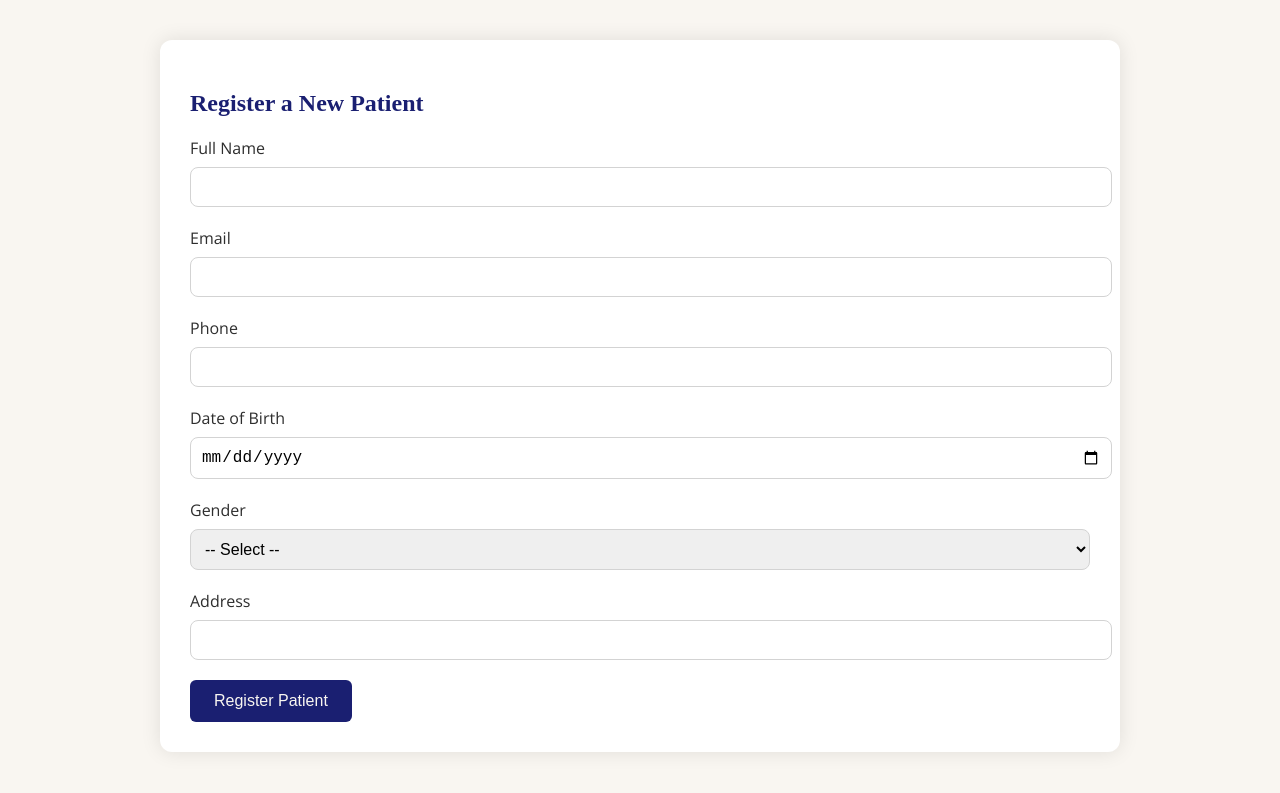
Repository: shreeshskatti/hospital_management_system
Page: http://localhost/patients/add_patient.php
An editor plug-in stored every save of this project. The page is shown before and after the next save, followed by the edit.
The browser window is 1280 px wide. The pictures show the whole page.
Some web fonts or font styles are not loaded; a fallback is used. The page is run by PHP 8.4 with error messages shown; the project is at /var/www/html/.

Above is the page before, as saved 2025-05-29 20:49:48.

### patients/add_patient.php
<?php include '../includes/db.php'; ?>
<!DOCTYPE html>
<html>
<head>
  <title>Add New Patient</title>
  <link rel="stylesheet" href="../css/style.css">
</head>
<body>
  <div class="container">
    <h2>Register a New Patient</h2>
    <form action="" method="POST">
      <label>Full Name</label>
      <input type="text" name="name" required>

      <label>Email</label>
      <input type="email" name="email" required>

      <label>Phone</label>
      <input type="text" name="phone" required>

      <label>Date of Birth</label>
      <input type="date" name="dob" required>

      <label>Gender</label>
      <select name="gender" required>
        <option value="">-- Select --</option>
        <option value="Male">Male</option>
        <option value="Female">Female</option>
        <option value="Other">Other</option>
      </select>

      <label>Address</label>
      <input type="text" name="address" required>

      <button type="submit" name="submit">Register Patient</button>
    </form>
  </div>

<?php
if (isset($_POST['submit'])) {
  $name = $_POST['name'];
  $email = $_POST['email'];
  $phone = $_POST['phone'];
  $dob = $_POST['dob'];
  $gender = $_POST['gender'];
  $address = $_POST['address'];

  $sql = "INSERT INTO patients (name, email, phone, dob, gender, address)
          VALUES ('$name', '$email', '$phone', '$dob', '$gender', '$address')";

  if ($conn->query($sql)) {
    echo "<script>alert('Patient registered successfully.'); window.location.href='view_patients.php';</script>";
    exit();
  } else {
    echo "Error: " . $conn->error;
  }
}
?>
</body>
</html>

### includes/db.php
<?php
$host = 'localhost';
$user = 'root';
$pass = '';
$dbname = 'hospital_db';  // must match your DB name

$conn = new mysqli($host, $user, $pass, $dbname);

if ($conn->connect_error) {
    die("Connection failed: " . $conn->connect_error);
}
?>

### css/style.css
@import url('https://fonts.googleapis.com/css2?family=Merriweather&family=Open+Sans&display=swap');

body {
  background-color: #F9F6F1;
  font-family: 'Open Sans', sans-serif;
  color: #2E2E2E;
  margin: 0;
  padding: 0;
}

h1, h2, h3 {
  font-family: 'Merriweather', serif;
  color: #1A1F71;
}

.container {
  max-width: 900px;
  margin: 40px auto;
  padding: 30px;
  background-color: white;
  box-shadow: 0 0 20px rgba(0,0,0,0.1);
  border-radius: 12px;
}

button {
  background-color: #1A1F71;
  color: #F9F6F1;
  border: none;
  padding: 12px 24px;
  font-size: 16px;
  border-radius: 6px;
  cursor: pointer;
}

button:hover {
  background-color: #C9B037;
  color: #1A1F71;
}

input, select {
  width: 100%;
  padding: 10px;
  margin-top: 8px;
  margin-bottom: 20px;
  border: 1.5px solid #D3D3D3;
  border-radius: 8px;
  font-size: 16px;
}

input:focus, select:focus {
  border-color: #C9B037;
  outline: none;
  box-shadow: 0 0 6px #C9B037;
}

table {
  width: 100%;
  border-collapse: collapse;
  margin-top: 20px;
}

th, td {
  padding: 12px;
  border: 1px solid #D3D3D3;
  text-align: left;
}

thead {
  background-color: #C9B037;
  color: white;
}

tbody tr:nth-child(even) {
  background-color: #F9F6F1;
}

After the next save:
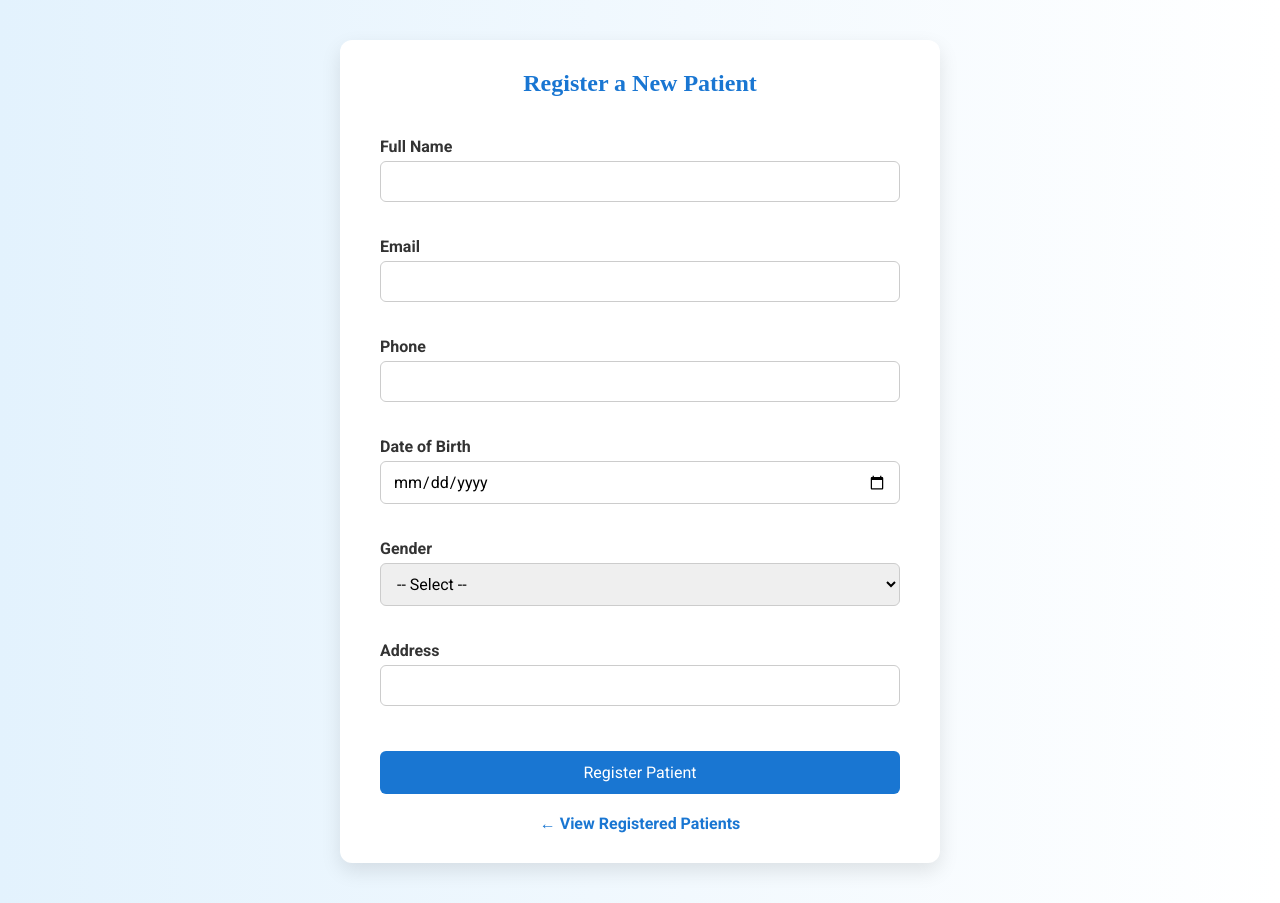
Saved 4 min 3 s later.
--- a/patients/add_patient.php
+++ b/patients/add_patient.php
@@ -1,11 +1,89 @@
 <?php include '../includes/db.php'; ?>
 <!DOCTYPE html>
-<html>
+<html lang="en">
 <head>
+  <meta charset="UTF-8">
   <title>Add New Patient</title>
   <link rel="stylesheet" href="../css/style.css">
+  <link href="https://fonts.googleapis.com/css2?family=Roboto:wght@400;700&display=swap" rel="stylesheet">
+  <style>
+    * {
+      margin: 0; padding: 0;
+      box-sizing: border-box;
+      font-family: 'Roboto', sans-serif;
+    }
+    body {
+      background: linear-gradient(to right, #e3f2fd, #ffffff);
+      display: flex;
+      justify-content: center;
+      align-items: center;
+      min-height: 100vh;
+    }
+    .container {
+      background-color: #ffffff;
+      padding: 30px 40px;
+      border-radius: 12px;
+      box-shadow: 0 8px 20px rgba(0,0,0,0.1);
+      max-width: 600px;
+      width: 100%;
+    }
+    h2 {
+      text-align: center;
+      margin-bottom: 25px;
+      color: #1976D2;
+    }
+    form {
+      display: flex;
+      flex-direction: column;
+    }
+    label {
+      margin-top: 15px;
+      font-weight: bold;
+      color: #333;
+    }
+    input, select {
+      padding: 10px 12px;
+      margin-top: 5px;
+      border: 1px solid #ccc;
+      border-radius: 6px;
+      font-size: 16px;
+      transition: 0.3s;
+    }
+    input:focus, select:focus {
+      outline: none;
+      border-color: #1976D2;
+      box-shadow: 0 0 5px rgba(25, 118, 210, 0.3);
+    }
+    button {
+      margin-top: 25px;
+      padding: 12px;
+      background-color: #1976D2;
+      color: white;
+      border: none;
+      border-radius: 6px;
+      font-size: 16px;
+      cursor: pointer;
+      transition: 0.3s;
+    }
+    button:hover {
+      background-color: #0d47a1;
+    }
+    .back-link {
+      margin-top: 20px;
+      text-align: center;
+    }
+    .back-link a {
+      color: #1976D2;
+      text-decoration: none;
+      font-weight: bold;
+    }
+    .back-link a:hover {
+      text-decoration: underline;
+    }
+  </style>
 </head>
 <body>
+
   <div class="container">
     <h2>Register a New Patient</h2>
     <form action="" method="POST">
@@ -34,6 +112,10 @@
 
       <button type="submit" name="submit">Register Patient</button>
     </form>
+
+    <div class="back-link">
+      <p><a href="view_patients.php">← View Registered Patients</a></p>
+    </div>
   </div>
 
 <?php
@@ -52,9 +134,10 @@ if (isset($_POST['submit'])) {
     echo "<script>alert('Patient registered successfully.'); window.location.href='view_patients.php';</script>";
     exit();
   } else {
-    echo "Error: " . $conn->error;
+    echo "<p style='color: red; text-align:center;'>Error: " . $conn->error . "</p>";
   }
 }
 ?>
+
 </body>
 </html>
